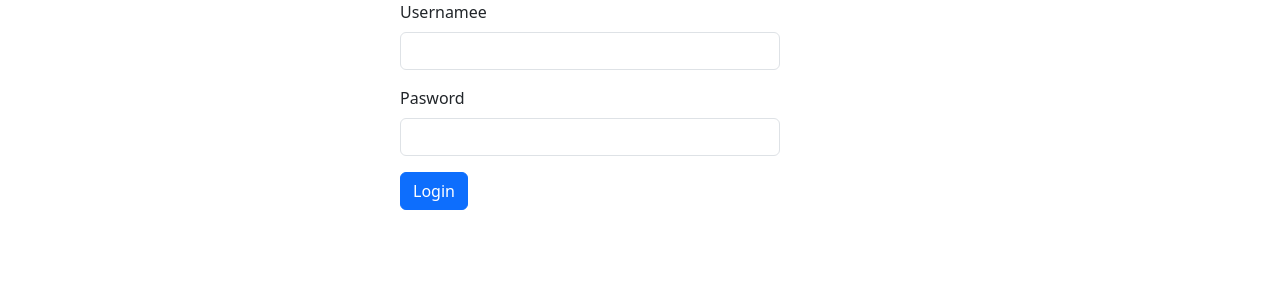
Repository: manit4/cris_batch2
Page: http://localhost/jsp_security/views/index.jsp
These files come from the project's save history. The page is drawn as it stood at one moment and after the next save; the edit follows.
The browser window is 1280 px wide. The pictures show the whole page.
The page is served by Tomcat 9.

Above is the page before, as saved 2024-03-01 05:08:24.

After the next save:
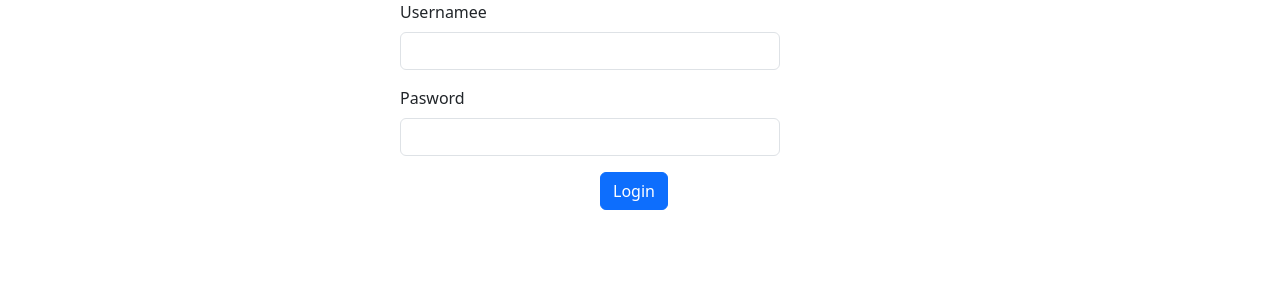
Saved 11 s later.
--- a/jsp_security/src/main/webapp/views/index.jsp
+++ b/jsp_security/src/main/webapp/views/index.jsp
@@ -22,7 +22,7 @@
 		<label class="form-label">Pasword
 			</label> <input type="password" class="form-control">
 	</div>
-	<button style="m-auto" type="button" class="btn btn-primary">Login</button>
+	<button style="margin-left: 200px" type="button" class="btn btn-primary">Login</button>
 	</div>
 </body>
 </html>
